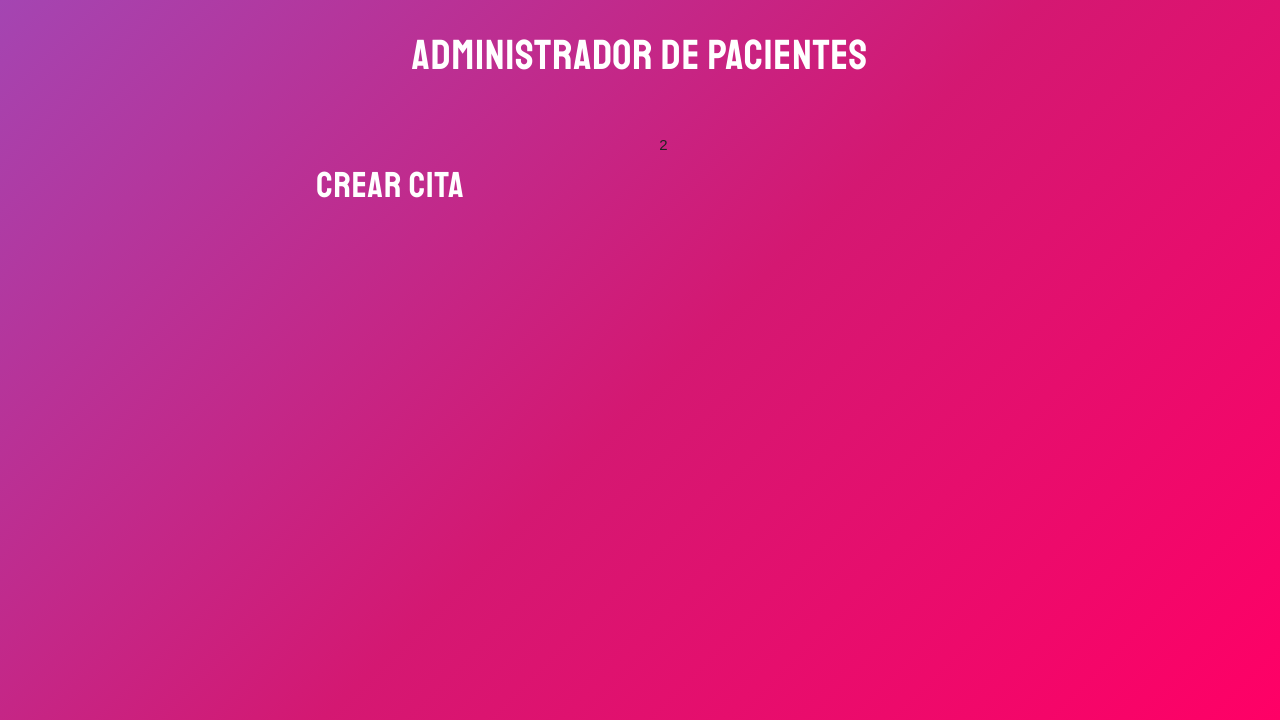
Repository: lmencos/pacientes
Page: /
These files come from the project's save history. The page is drawn as it stood at one moment and after the next save; the edit follows.
The browser window is 1280 px wide. The pictures show the whole page.
The project was rebuilt for these pictures with package versions that can differ from the ones it lists, and the page was loaded fresh each time.

Above is the page before, as saved 2020-08-10 17:44:52.

### src/index.css
html {
  min-height: 100%;
}
body {
  margin: 0;
  padding: 0;
  font-family: sans-serif;
  background-image: linear-gradient(-225deg, #A445B2 0%, #D41872 52%, #FF0066 100%);
  min-height: 100%;
  padding-bottom: 5rem;
}
h1, h2, h3, h4  {
  color: white;
  padding: 3rem 0;
  text-align: center;

  text-transform: uppercase;

  font-family: 'Staatliches', cursive;
  letter-spacing: 1px;
}
.lista-citas .media {
  border-bottom: 1px solid #e1e1e1;
  padding-bottom: 3rem;
}

.lista-citas .media:last-of-type{
  border-bottom: 0;
}
.lista-citas .media-body p {
  margin:0;
}
.lista-citas .media-body button {
  margin-top: 1rem!important;
}
.lista-citas .media-body span {
  font-weight: bold;
}

label {
  color: white;
}

input[type="date"],
input[type="time"] {
  height: 38px;
    padding: 6px 10px;
    background-color: #fff;
    border: 1px solid #D1D1D1;
    border-radius: 4px;
    box-shadow: none;
    box-sizing: border-box;
}

.cita {
  padding: 2rem;
  background: white;
  border-bottom: 1px solid #e1e1e1;
  color: black;
}

.cita p {
  font-weight: bold;
  margin-bottom: .8rem;
}
.cita p span {
  font-weight: normal;

}
.cita:first-of-type {
  border-top-left-radius: 1rem;
  border-top-right-radius: 1rem;
}
.cita:last-of-type {
  border-bottom-left-radius: 1rem;
  border-bottom-right-radius: 1rem;
}
.button.eliminar,
.button.eliminar:hover {
  background-color: #c10059;
  color: white;
  margin-top: 2rem;
}

.alerta-error {
  background-color: white;
  color: red;
  padding: 1rem;
  font-size: 2rem;
  text-transform: uppercase;
  text-align: center;
  font-family:  'Staatliches', cursive;
}

### src/App.js
import React, { Fragment } from 'react';
import Formulario from './components/Formulario';

function App() {
  return (
    <Fragment>
      <h2>Administrador de pacientes</h2>
      <div className="container">
        <div className="row">
          <div>
            <div className="one-half column">
              <Formulario

              />
            </div>
            <div className="one-half column">
              2
            </div>
          </div>
        </div>

      </div>
    </Fragment>
  );
}

export default App;

### src/components/Formulario.js
import React, { Fragment } from 'react';

const Formulario = () => {
  return (
    <Fragment>
      <h3>Crear cita</h3>
      <form action="">

      </form>
    </Fragment>
   );
}

export default Formulario;

Loaded but not shown: public/index.html (common file); src/index.js (common file); src/serviceWorker.js (common file)

After the next save:
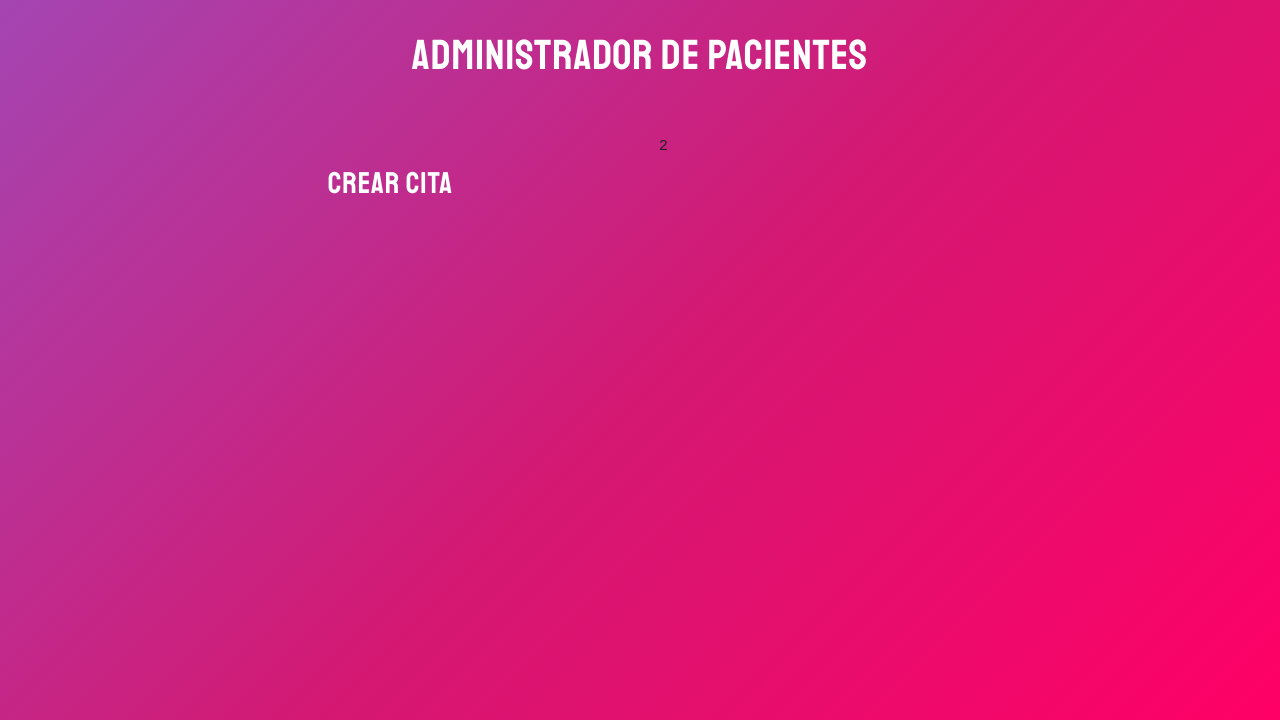
Saved 5 s later.
--- a/src/components/Formulario.js
+++ b/src/components/Formulario.js
@@ -3,7 +3,7 @@ import React, { Fragment } from 'react';
 const Formulario = () => {
   return (
     <Fragment>
-      <h3>Crear cita</h3>
+      <h4>Crear cita</h4>
       <form action="">
 
       </form>
